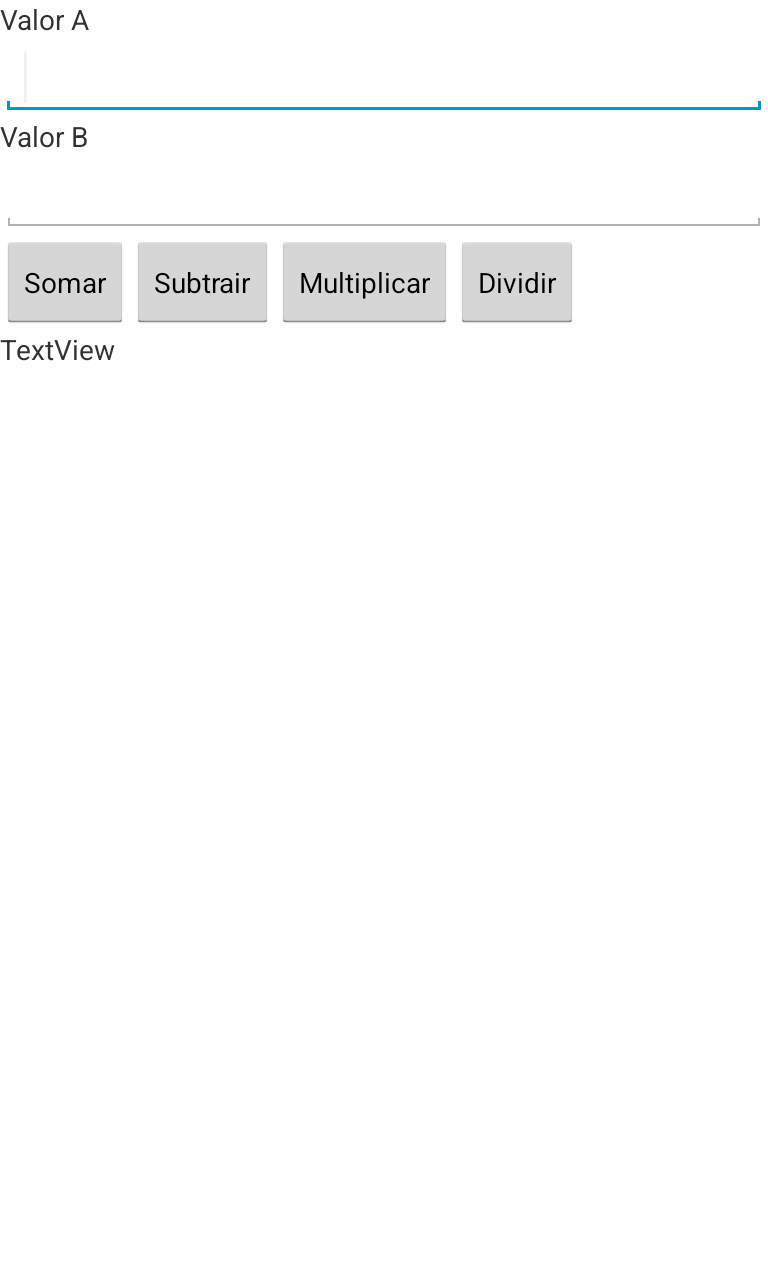
Repository: Rennanxp2/Android_Exercices_done
Layout: Exercícios Android/Ex2/res/layout/activity_calculadora.xml
The author's editor kept a copy of each file at every save. The layout is drawn from the files as they stood at one save, then again after the next save.
It is drawn on a 768 x 1280 px phone screen (xhdpi) without system bars, with theme AppTheme; the app's code is not run.

Above is the layout before, as saved 2017-09-09 03:03:02.

After the next save:
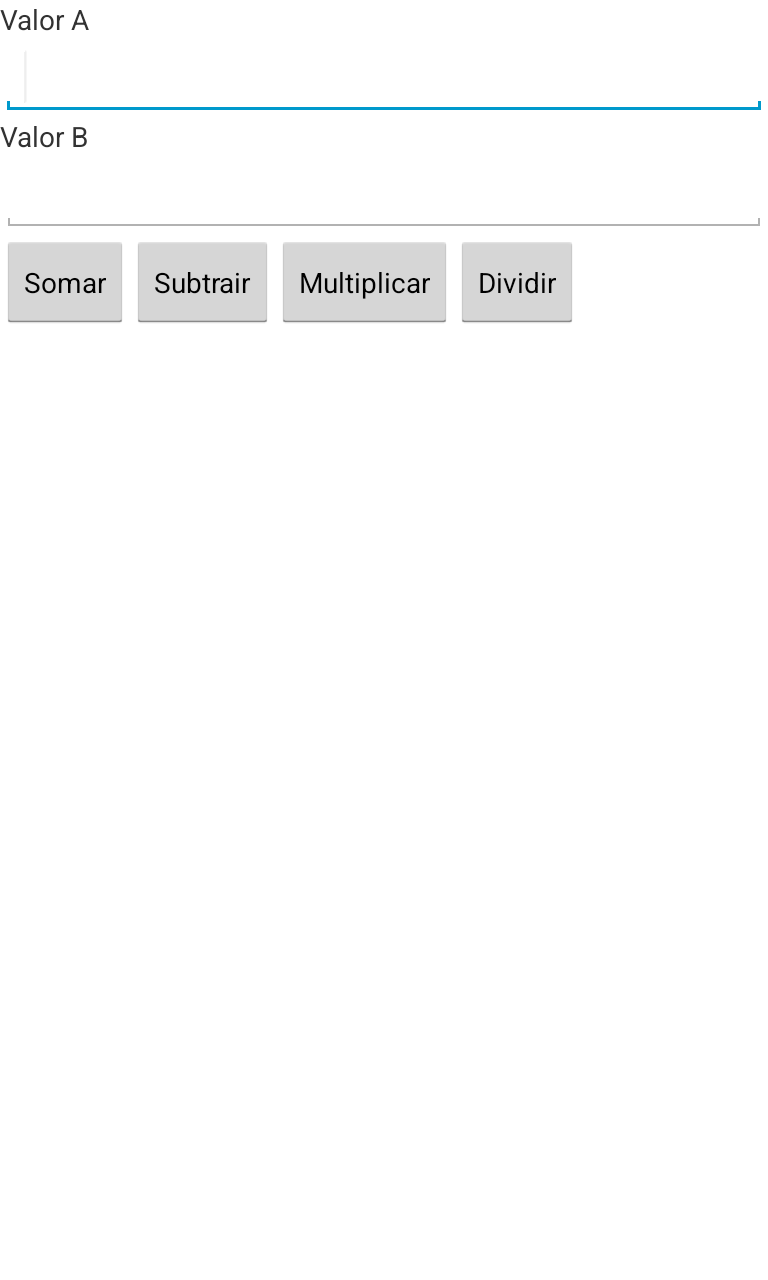
Saved 39 s later.
--- a/Exercícios Android/Ex2/res/layout/activity_calculadora.xml
+++ b/Exercícios Android/Ex2/res/layout/activity_calculadora.xml
@@ -96,7 +96,7 @@
                 android:id="@+id/textResultado"
                 android:layout_width="wrap_content"
                 android:layout_height="wrap_content"
-                android:text="TextView" />
+                android:text="" />
 
         </TableRow>
     </TableLayout>
